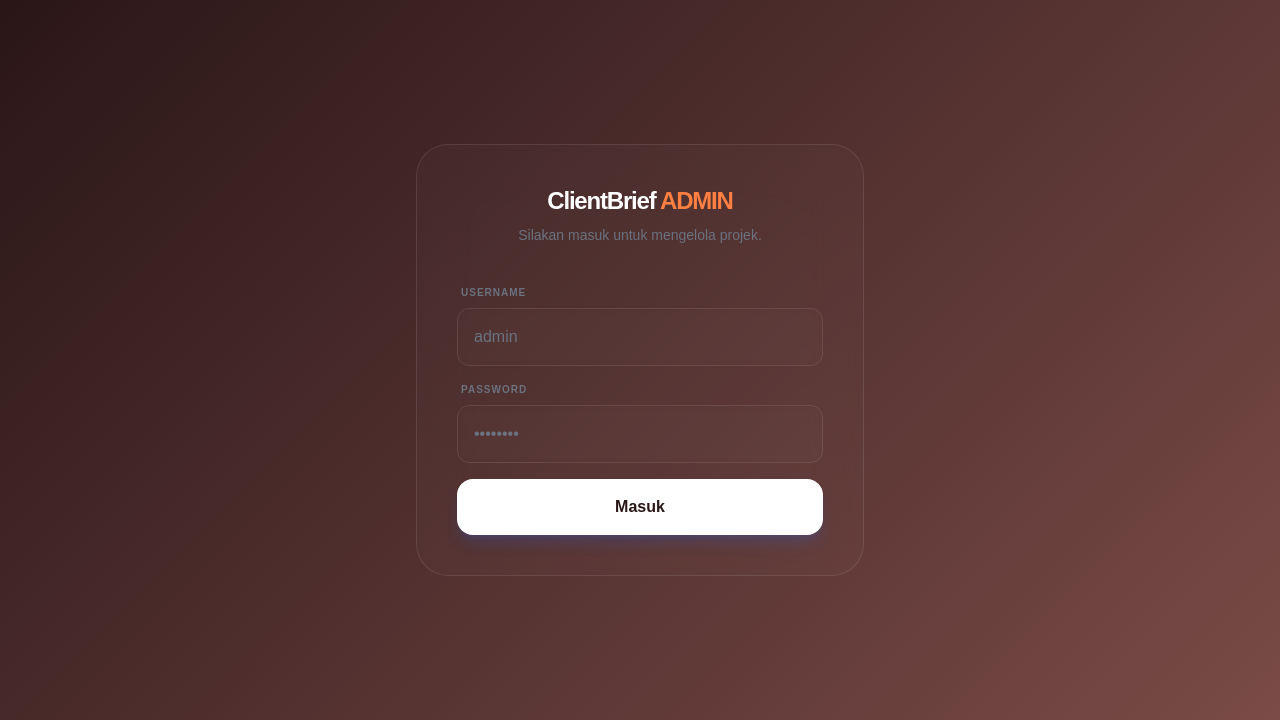
Repository: zhr-nabila/ClientBrief
Page: http://localhost/admin/login.php
The author's editor kept a copy of each file at every save. The page is drawn from the files as they stood at one save, then again after the next save.
The browser window is 1280 px wide. The pictures show the whole page.
Some web fonts or font styles are not loaded; a fallback is used. Some web libraries are served in a nearby version. The page is run by PHP 8.4 with error messages shown; the project is at /var/www/html/.

Above is the page before, as saved 2026-01-20 21:37:49.

After the next save:
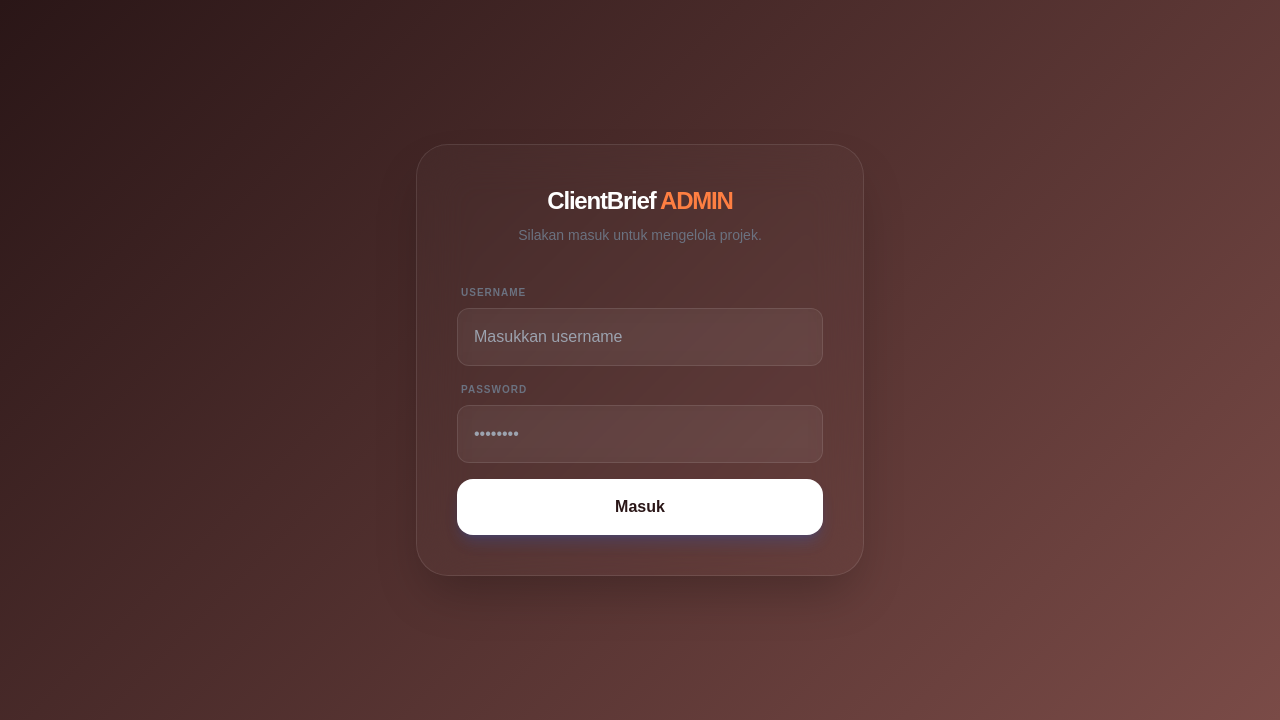
Saved 76 s later.
--- a/admin/login.php
+++ b/admin/login.php
@@ -27,27 +27,44 @@ if (isset($_POST['login'])) {
     <script src="https://cdn.tailwindcss.com"></script>
     <link href="https://fonts.googleapis.com/css2?family=Plus+Jakarta+Sans:wght@400;700&display=swap" rel="stylesheet">
     <link rel="stylesheet" href="../assets/css/style.css">
+    <style>
+        body {
+            font-family: 'Plus Jakarta Sans', sans-serif;
+            background: #1a1a1a; /* Pastikan ada background agar efek blur terlihat */
+        }
+    </style>
 </head>
 
-<body class="flex items-center justify-center min-h-screen p-6 bg-gray-900">
-    <div class="w-full max-w-md bg-white/[0.02] border border-white/10 p-10 rounded-[32px] backdrop-blur-xl">
+<body class="flex items-center justify-center min-h-screen p-6">
+    <div class="w-full max-w-md bg-white/[0.02] border border-white/10 p-10 rounded-[32px] backdrop-blur-xl shadow-2xl">
         <div class="text-center mb-10">
             <h1 class="text-2xl font-black tracking-tighter text-white">ClientBrief <span class="text-blue-500">ADMIN</span></h1>
             <p class="text-gray-500 text-sm mt-2">Silakan masuk untuk mengelola projek.</p>
         </div>
+
         <?php if (isset($error)): ?>
-            <div class="bg-red-500/10 border border-red-500/20 text-red-500 text-xs p-4 rounded-xl mb-6 text-center"><?= $error ?></div>
+            <div class="bg-red-500/10 border border-red-500/20 text-red-500 text-xs p-4 rounded-xl mb-6 text-center">
+                <?= $error ?>
+            </div>
         <?php endif; ?>
+
         <form method="POST" class="space-y-4">
             <div>
                 <label class="text-[10px] font-bold text-gray-500 uppercase tracking-widest ml-1 mb-2 block">Username</label>
-                <input type="text" name="username" class="w-full bg-transparent border border-white/10 p-4 rounded-xl text-white outline-none focus:border-blue-500 transition backdrop-blur-sm placeholder:text-gray-500" placeholder="admin" required>
+                <input type="text" name="username"
+                    class="w-full bg-white/[0.05] border border-white/10 p-4 rounded-xl text-white outline-none focus:border-blue-500 transition backdrop-blur-md"
+                    placeholder="Masukkan username" required>
             </div>
             <div>
                 <label class="text-[10px] font-bold text-gray-500 uppercase tracking-widest ml-1 mb-2 block">Password</label>
-                <input type="password" name="password" class="w-full bg-transparent border border-white/10 p-4 rounded-xl text-white outline-none focus:border-blue-500 transition backdrop-blur-sm placeholder:text-gray-500" placeholder="••••••••" required>
+                <input type="password" name="password"
+                    class="w-full bg-white/[0.05] border border-white/10 p-4 rounded-xl text-white outline-none focus:border-blue-500 transition backdrop-blur-md"
+                    placeholder="••••••••" required>
             </div>
-            <button type="submit" name="login" class="w-full bg-blue-600 py-4 rounded-2xl font-bold text-white mt-4 hover:bg-blue-700 transition shadow-lg shadow-blue-600/20">Masuk</button>
+            <button type="submit" name="login"
+                class="w-full bg-blue-600 py-4 rounded-2xl font-bold text-white mt-4 hover:bg-blue-700 transition shadow-lg shadow-blue-600/20 active:scale-[0.98]">
+                Masuk
+            </button>
         </form>
     </div>
 </body>
